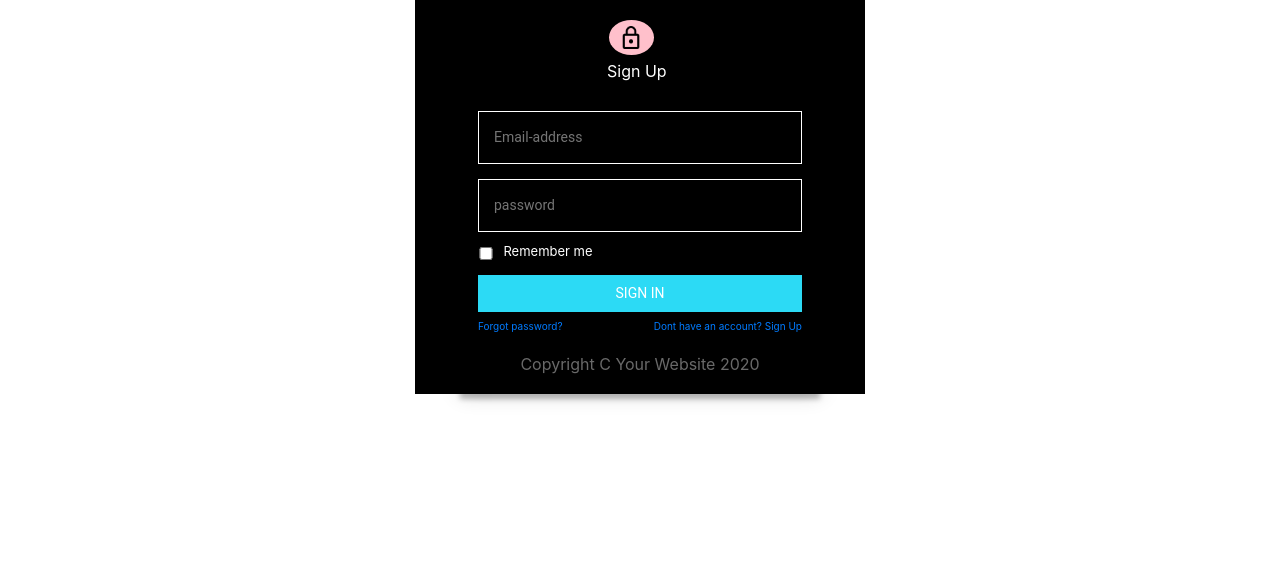
Repository: andbilous/cursor-styled-components
Page: /sign-up
An editor plug-in stored every save of this project. The page is shown before and after the next save, followed by the edit.
The browser window is 1280 px wide. The pictures show the whole page.
The project was rebuilt for these pictures with package versions that can differ from the ones it lists, and the page was loaded fresh each time. Also part of the build but not shown: src/App.css, src/components/SignInForm.jsx.

Above is the page before, as saved 2020-04-19 16:41:59.

### src/App.js
import React from 'react';
import {
  BrowserRouter as Router,
  Switch,
  Route,
  Link
} from "react-router-dom";
import './App.css';
import SignInForm from './components/SignInForm';
import SignUpForm from './components/SignUpForm';

function App() {
  return (
   <Router>
      <Switch>
          <Route exact path="/sign-in">
            <SignInForm />
          </Route>
          <Route path="/sign-up">
            <SignUpForm />
          </Route>
        </Switch>
   </Router>
  );
}

export default App;

### src/components/SignUpForm.jsx
import React from 'react';
import styled from "styled-components";

const SignUpFormStyles = styled.div`
*{
  box-sizing: border-box;
}
.login-page {
  width: 450px;
  margin: auto;
  background: #000;
}
.form {
  position: relative;
  z-index: 1;
  max-width: 360px;
  margin: 0 auto;
  margin-top:10px;
  padding: 18px;
  text-align: center;
  box-shadow: 0 0 20px 0 rgba(0, 0, 0, 0.2), 0 5px 5px 0 rgba(0, 0, 0, 0.24);
}
.form input {
  font-family: "Roboto", sans-serif;
  outline: 0;
  border: 1px solid #fff;
  background:transparent;
  width: 100%;
  margin: 0 0 15px;
  padding: 15px;
  font-size: 14px;
}
.form input[type="checkbox"]{
  transform: translateX(-100px);
}
.form button {
  font-family: "Roboto", sans-serif;
  text-transform: uppercase;
  outline: 0;
  background: #2cdaf5;
  width: 100%;
  border: 0;
  padding: 8px;
  color: #FFFFFF;
  font-size: 14px;
  -webkit-transition: all 0.3 ease;
  transition: all 0.3 ease;
  cursor: pointer;
}
.form button:hover,.form button:active,.form button:focus {
  background: #43A047;
}
.form .message {
  margin: 15px 0 0;
  color: #b3b3b3;
  font-size: 12px;
}
.form .message a {
  color: #4CAF50;
  text-decoration: none;
}
.container {
  position: relative;
  z-index: 1;
  max-width: 300px;
  margin: 0 auto;
}
.container:before, .container:after {
  content: "";
  display: block;
  clear: both;
}
.container .info {
  margin: 50px auto;
  text-align: center;
}
.container .info h1 {
  margin: 0 0 15px;
  padding: 0;
  font-size: 36px;
  font-weight: 300;
  color: #1a1a1a;
}
.container .info span {
  color: #4d4d4d;
  font-size: 12px;
}
.container .info span a {
  color: #000000;
  text-decoration: none;
}
.container .info span .fa {
  color: #EF3B3A;
}
body {
  background: #76b852; /* fallback for old browsers */
  background: -webkit-linear-gradient(right, #76b852, #8DC26F);
  background: -moz-linear-gradient(right, #76b852, #8DC26F);
  background: -o-linear-gradient(right, #76b852, #8DC26F);
  background: linear-gradient(to left, #76b852, #8DC26F);
  font-family: "Roboto", sans-serif;
  -webkit-font-smoothing: antialiased;
  -moz-osx-font-smoothing: grayscale;
}
.links{
  display:flex
}
.remember{
color:#fff;
}
.additional{
 color: #2cdaf5;
 display: flex;
 justify-content: space-between;
}
.additional a{
  font-size:10px
 }
.img-container{
  background: pink;
  border-radius: 50%;
  width:10%;
  transform: translateY(20px);
  margin-left: 43%;
}
img{
  margin: 6px 11px;
  width: 50%;
}
.image-label{
  display:block;
  color:#fff;
  margin-left: 12rem;
  margin-top: 1.5rem;
}
.label-remember{
  display: inline-block;
  margin-bottom: .5rem;
  transform: translateX(-200px);
  font-size: 13px;
  width: 50%;
  margin-top: -5px;
}
footer{
  color: dimgrey;
}
`


const SignUpForm =() =>{
  return (
    <SignUpFormStyles>
<div class="login-page">
  <div class='img-container'>
    <img src={require('../assets/padlock.png')}/>
    </div>
    <span class='image-label'>Sign Up</span>
  <div class="form">
    <form class="login-form">
    <input type="text" placeholder="Email-address"/>
      <input type="password" placeholder="password"/>
      <div class='links remember'><input type="checkbox"/><label class='label-remember'>Remember me</label></div>
     <button>Sign In</button>
     <div class='links additional'>
     <p><a href="#">Forgot password?</a></p>
       <p><a href="#">Dont have an account? Sign Up</a></p>
       </div>
       <footer>
       <span>Copyright C Your Website 2020</span>
       </footer>
    </form>
  </div>
</div>
    </SignUpFormStyles>

  )
}


export default  SignUpForm;

Loaded but not shown: public/index.html (common file); src/index.js (common file); src/index.css (common file); src/serviceWorker.js (common file)

After the next save:
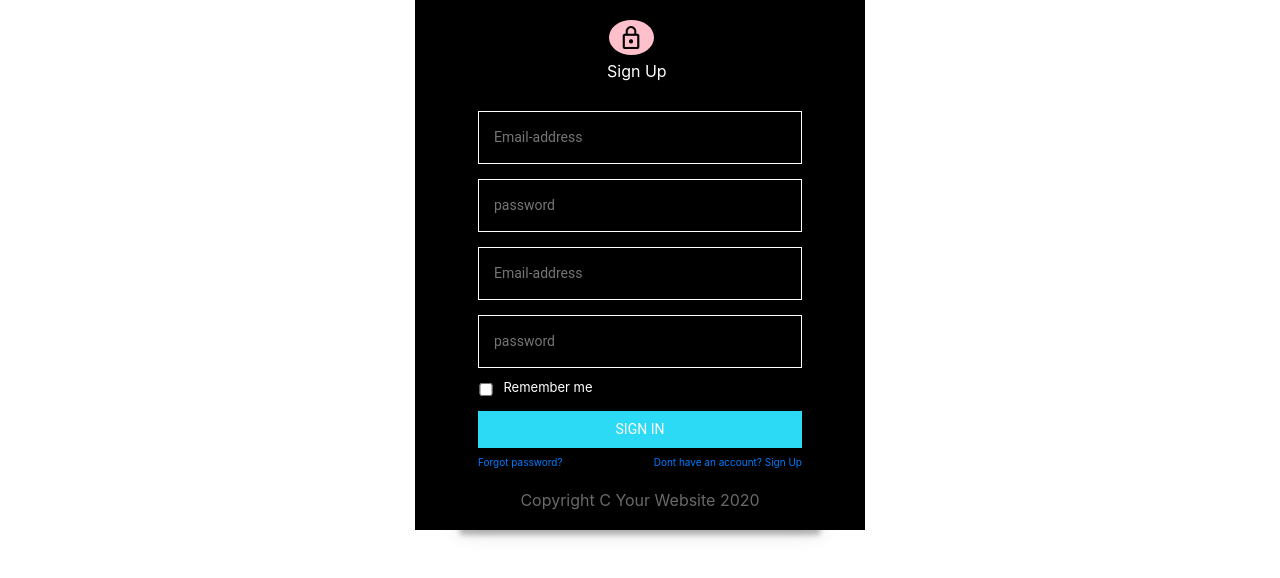
Saved 36 s later.
--- a/src/components/SignUpForm.jsx
+++ b/src/components/SignUpForm.jsx
@@ -159,6 +159,8 @@ const SignUpForm =() =>{
     <form class="login-form">
     <input type="text" placeholder="Email-address"/>
       <input type="password" placeholder="password"/>
+    <input type="text" placeholder="Email-address"/>
+      <input type="password" placeholder="password"/>
       <div class='links remember'><input type="checkbox"/><label class='label-remember'>Remember me</label></div>
      <button>Sign In</button>
      <div class='links additional'>
